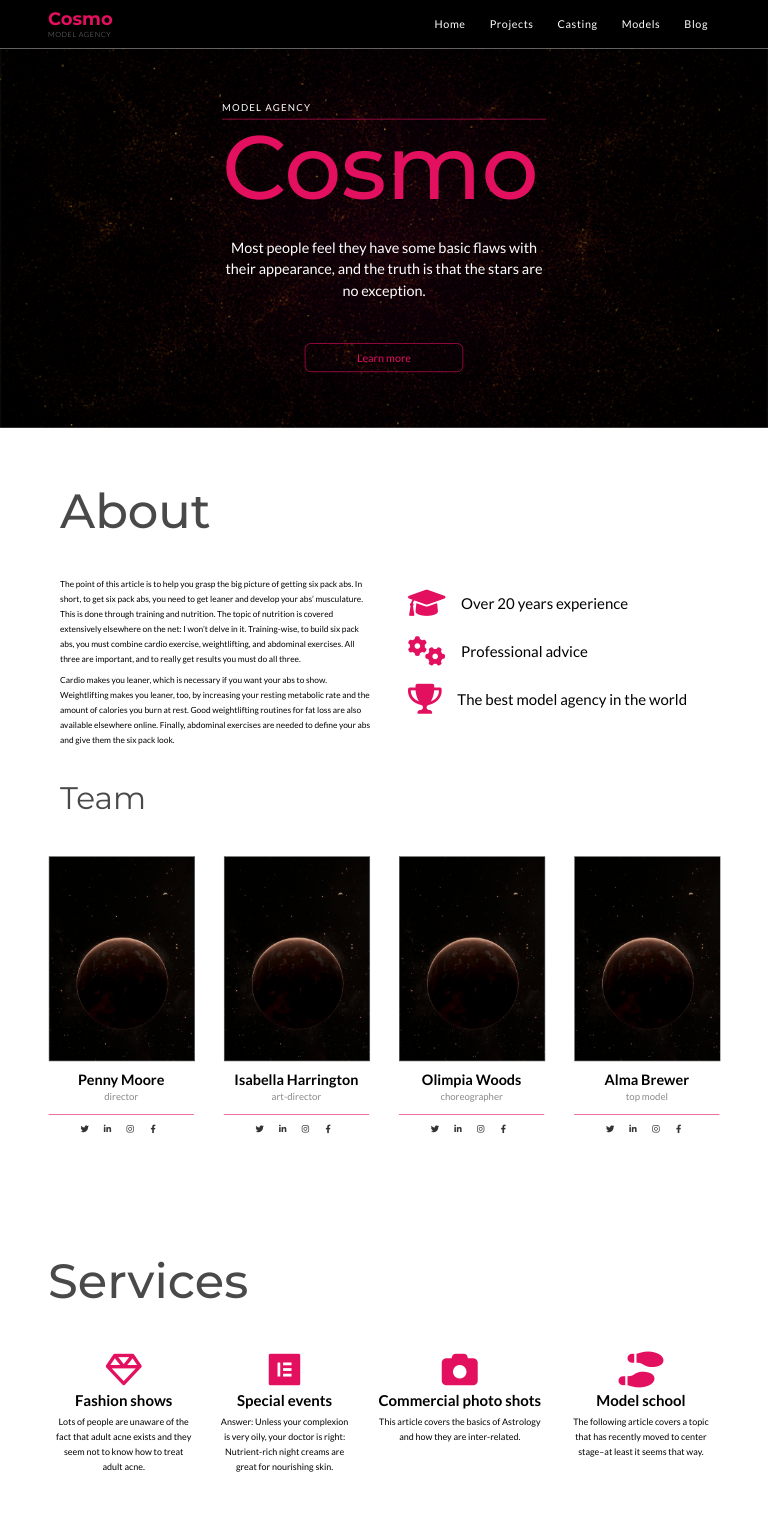
Repository: soniaarefin/cosmo
Page: index.html
An editor plug-in stored every save of this project. The page is shown before and after the next save, followed by the edit.
The browser window is 1280 px wide. The pictures show the whole page, at 60% of full size.

Above is the page before, as saved 2021-11-09 21:37:16.

After the next save:
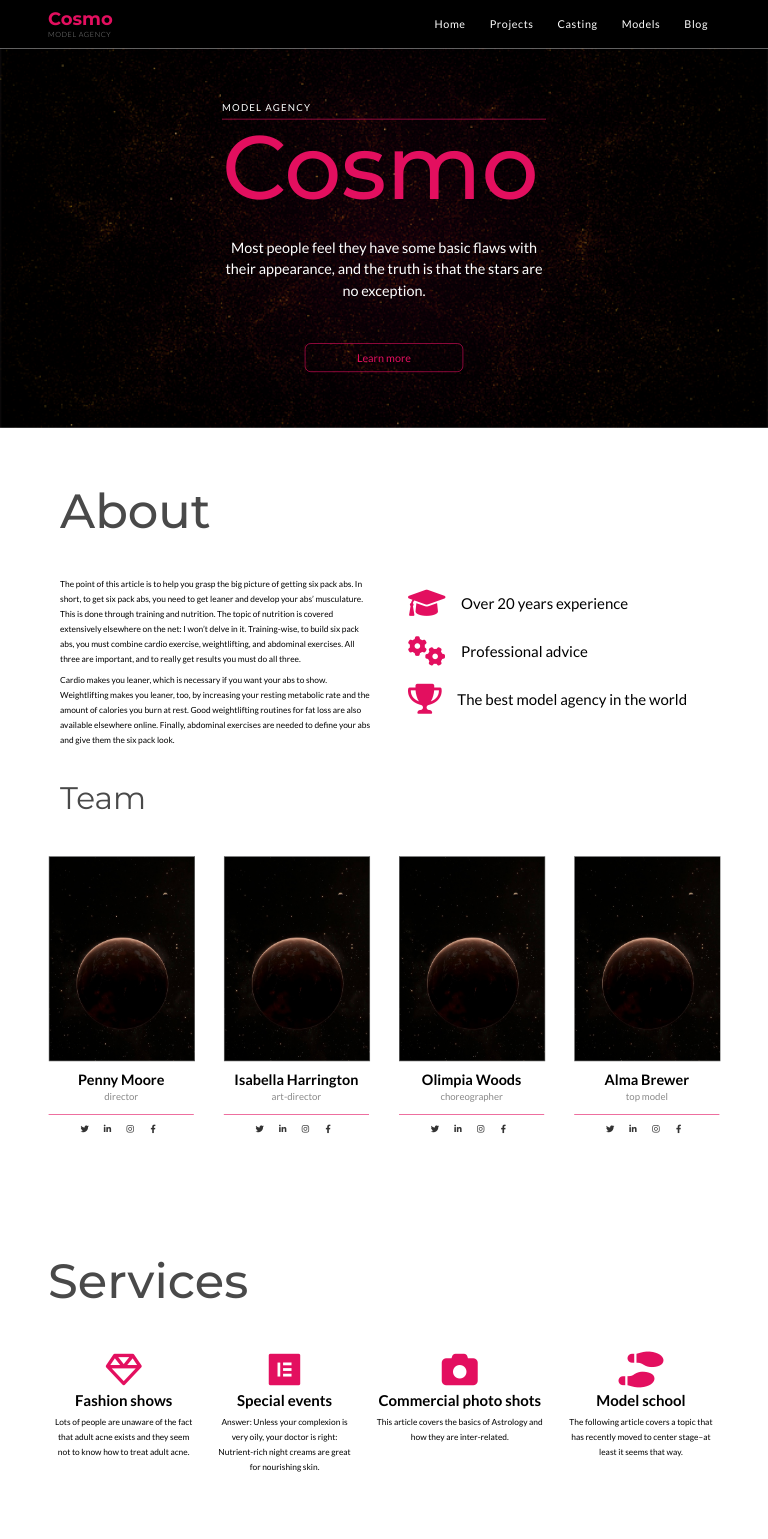
Saved 34 s later.
--- a/assets/css/style.css
+++ b/assets/css/style.css
@@ -388,7 +388,7 @@ section{
     text-align: center;
 }
 .service-paragraph {
-    font-size: 15px;
+    font-size: 14px;
     margin: 8px 0;
 }
 .services-icon {
